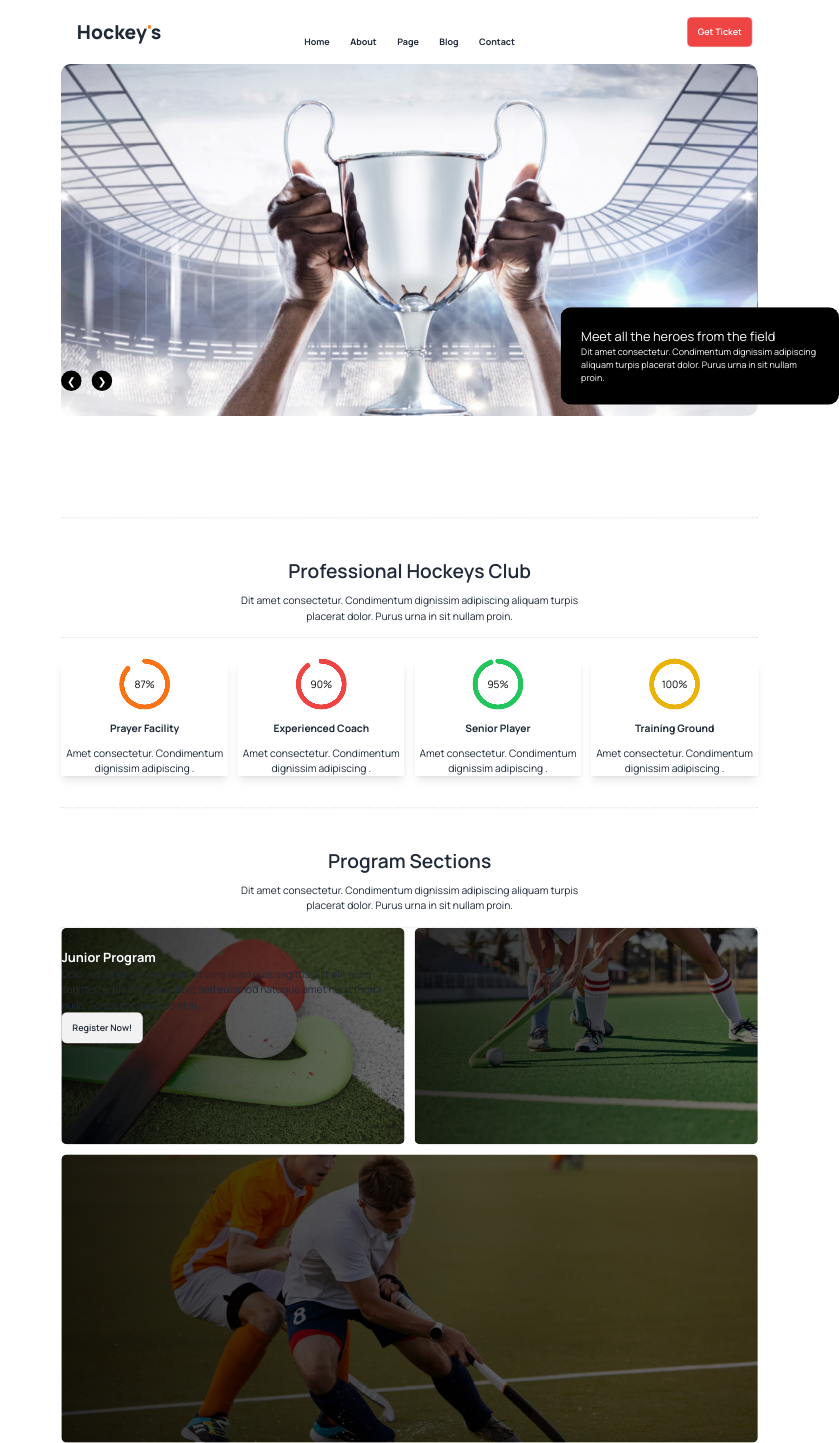
Repository: RudrasahaDibos/Hockey-
Page: index.html
An editor plug-in stored every save of this project. The page is shown before and after a run of saves, followed by the edit.
The browser window is 1280 px wide. The page is 1311 px wide, so the pictures cover 1311 px, including what lies to the right of the window. The pictures show the whole page, at 64% of full size.
Some web libraries are served in a nearby version.

Above is the page before, as saved 2024-10-23 22:35:13.

### index.html
<!DOCTYPE html>
<html lang="en">
<head>
    <meta charset="UTF-8">
    <meta name="viewport" content="width=device-width, initial-scale=1.0">
    <title>Hockeys</title>
    <!-- Tailwinds css -->
    <link href="https://cdn.jsdelivr.net/npm/daisyui@4.12.13/dist/full.min.css" rel="stylesheet" type="text/css" />
    <script src="https://cdn.tailwindcss.com"></script>
    <!-- Font asome -->
    <link rel="stylesheet" href="https://cdnjs.cloudflare.com/ajax/libs/font-awesome/6.6.0/css/all.min.css" integrity="sha512-Kc323vGBEqzTmouAECnVceyQqyqdsSiqLQISBL29aUW4U/M7pSPA/gEUZQqv1cwx4OnYxTxve5UMg5GT6L4JJg==" crossorigin="anonymous" referrerpolicy="no-referrer" />
   <!-- tailwind custom css -->
   <script>
    tailwind.config = {
      theme: {
        extend: {
          colors: {
            clifford: '#da373d',
          }
        }
      }
    }
  </script>
  <!-- google Font  -->
  <link rel="preconnect" href="https://fonts.googleapis.com">
  <link rel="preconnect" href="https://fonts.gstatic.com" crossorigin>
  <link href="https://fonts.googleapis.com/css2?family=Manrope:wght@200..800&display=swap" rel="stylesheet">

  <style>
.manrope {
  font-family: "Manrope", serif;
}
  </style>

</head>
<body class="manrope">
    <!-- header section start here -->
       <header class="container mx-auto lg:px-24 px-8">
                 <!-- navber start here -->
                     <nav>
                        <div class="navbar bg-base-100">
                            <div class="navbar-start">
                              <div class="dropdown">
                                <div tabindex="0" role="button" class="  lg:hidden">
                                  <svg
                                    xmlns="http://www.w3.org/2000/svg"
                                    class="h-5 w-5"
                                    fill="none"
                                    viewBox="0 0 24 24"
                                    stroke="currentColor">
                                    <path
                                      stroke-linecap="round"
                                      stroke-linejoin="round"
                                      stroke-width="2"
                                      d="M4 6h16M4 12h8m-8 6h16" />
                                  </svg>
                                </div>
                                <ul
                                  tabindex="0"
                                  class="menu menu-sm dropdown-content bg-base-100 rounded-box z-[1] mt-3 w-52 p-2 shadow">

                                    <li><a>Home</a></li>
                                    <li><a>About</a></li>
                                    <li><a>Page</a></li>
                                    <li><a>Blog</a></li>
                                    <li><a>Contact</a></li>

                                </ul>
                              </div>

                              <a class=" ml-4  text-2xl lg:text-3xl font-extrabold ">Hockey<span class="text-orange-500">'</span>s</a>

                            </div>
                            <div class="navbar-center hidden lg:flex">
                              <ul class="menu menu-horizontal px-1 mt-8">
                                <li class="hover:text-orange-500 font-bold"><a>Home</a></li>
                                <li  class="hover:text-orange-500 font-bold"><a>About</a></li>
                                <li  class="hover:text-orange-500 font-bold"><a>Page</a></li>
                                <li  class="hover:text-orange-500 font-bold"><a>Blog</a></li>
                                <li  class="hover:text-orange-500 font-bold"><a>Contact</a></li>
                              </ul>
                            </div>
                            <div class="navbar-end  lg:ml-0 ml-20">

                              <a class="btn bg-red-500 text-white  ">Get Ticket</a>
                            </div>
                          </div>
                     </nav>
                 <!-- navber end here -->

                  <!-- banner start here -->
                     <div>
                      <div class="carousel w-full">
                        <div id="slide1" class="carousel-item relative w-full ">
                          <img
                            src="Images/1.png"
                            class="w-full lg:h-[550px] " />
                          <div class="absolute lg:left-0 lg:right-0 lg:top-[90%] left-[90px] top-[80%] flex -translate-y-1/2 transform gap-4">
                            <div class=" h-8 w-8 rounded-full bg-black text-white flex justify-center items-center ">
                              <a href="#slide4" class="lg:btn lg:btn-circle">❮</a>
                            </div>
                            <div class="h-8 w-8 rounded-full bg-black text-white flex justify-center items-center">
                              <a href="#slide2" class="lg:btn lg:btn-circle ">❯</a>
                            </div>
                          </div>
                        </div>
                        <div id="slide2" class="carousel-item relative w-full">
                          <img
                            src="Images/2.png"
                            class="w-full lg:h-[550px]" />
                            <div class="absolute lg:left-0 lg:right-0 lg:top-[90%] left-[90px] top-[80%] flex -translate-y-1/2 transform gap-4">
                              <div class=" h-8 w-8 rounded-full bg-black text-white flex justify-center items-center ">
                                <a href="#slide1" class="lg:btn lg:btn-circle">❮</a>
                              </div>
                              <div class="h-8 w-8 rounded-full bg-black text-white flex justify-center items-center">
                                <a href="#slide3" class="lg:btn lg:btn-circle ">❯</a>
                              </div>
                            </div>
                        </div>
                        <div id="slide3" class="carousel-item relative w-full">
                          <img
                            src="Images/3.png"
                            class="w-full lg:h-[550px]" />
                            <div class="absolute lg:left-0 lg:right-0 lg:top-[90%] left-[90px] top-[80%] flex -translate-y-1/2 transform gap-4">
                              <div class=" h-8 w-8 rounded-full bg-black text-white flex justify-center items-center ">
                                <a href="#slide2" class="lg:btn lg:btn-circle">❮</a>
                              </div>
                              <div class="h-8 w-8 rounded-full bg-black text-white flex justify-center items-center">
                                <a href="#slide4" class="lg:btn lg:btn-circle ">❯</a>
                              </div>
                            </div>
                        </div>
                        <div id="slide4" class="carousel-item relative w-full">
                          <img
                            src="Images/4.png"
                            class="w-full lg:h-[550px]" />
                            <div class="absolute lg:left-0 lg:right-0 lg:top-[90%] left-[90px] top-[80%] flex -translate-y-1/2 transform gap-4">
                              <div class=" h-8 w-8 rounded-full bg-black text-white flex justify-center items-center ">
                                <a href="#slide3" class="lg:btn lg:btn-circle">❮</a>
                              </div>
                              <div class="h-8 w-8 rounded-full bg-black text-white flex justify-center items-center">
                                <a href="#slide1" class="lg:btn lg:btn-circle ">❯</a>
                              </div>
                            </div>
                        </div>
                      </div>

                        <!-- meet all hero  -->
                        <div class=" card bg-black  p-2 lg:p-8  lg:w-2/5 lg:-translate-y-44 lg:left-[780px]">
                          <div class="">
                            <h2 class="lg:text-xl bold text-white">Meet all the heroes from the field</h2>
                            <p class="text-sm text-white">Dit amet consectetur. Condimentum dignissim adipiscing aliquam   turpis placerat dolor. Purus urna in sit nullam proin. </p>

                          </div>
                        </div>
                      <!-- meet hero ebds -->


                     </div>


                   <!-- banner end here -->
       </header>
       <!-- Header section End here -->

       <!-- Main secetion start here  -->
        <main>
                      <!-- Professional Hockeys Club start here -->
                         <section class=" container mx-auto lg:px-24 px-8 lg:mt-0  mt-5  ">
                                 <div class="text-center space-y-4 border-dotted border-t-2 border-b-2  border-separate h-[189px] lg:pt-16">
                                     <h1 class=" text-xl lg:text-3xl font-semibold">Professional Hockeys Club</h1>
                                     <p class="lg:w-[50%] lg:mx-auto">Dit amet consectetur. Condimentum dignissim adipiscing aliquam turpis placerat dolor. Purus urna in sit nullam proin. </p>
                                 </div>
                                  <div class="mt-8">
                                        <div class="grid grid-cols-1 md:gird-cols-2 lg:grid-cols-4 gap-4 ">
                                                <div class=" h-50 shadow-lg space-y-4 flex flex-col justify-center items-center">
                                                  <div class="radial-progress text-orange-500  " style="--value:87;" role="progressbar"><span class="text-black"> 87%</span></div>
                                                    <h3 class="font-bold">Prayer Facility</h3>
                                                    <p class="text-center">Amet consectetur. Condimentum dignissim adipiscing .</p>
                                                </div>
                                                <div class=" h-50 shadow-lg space-y-4 flex flex-col justify-center items-center">
                                                  <div class="radial-progress text-red-500  " style="--value:90;" role="progressbar"><span class="text-black"> 90%</span></div>
                                                    <h3 class="font-bold">Experienced Coach</h3>
                                                    <p class="text-center">Amet consectetur. Condimentum dignissim adipiscing .</p>
                                                </div>
                                                <div class=" h-50  shadow-lg space-y-4 flex flex-col justify-center items-center">
                                                  <div class="radial-progress text-green-500  " style="--value:95;" role="progressbar"><span class="text-black"> 95%</span></div>
                                                    <h3 class="font-bold">Senior Player</h3>
                                                    <p class="text-center">Amet consectetur. Condimentum dignissim adipiscing .</p>
                                                </div>
                                                <div class=" h-50 shadow-lg space-y-4 flex flex-col justify-center items-center">
                                                  <div class="radial-progress text-yellow-500  " style="--value:100;" role="progressbar"><span class="text-black"> 100%</span></div>
                                                    <h3 class="font-bold">Training Ground</h3>
                                                    <p class="text-center">Amet consectetur. Condimentum dignissim adipiscing .</p>
                                                </div>
                                        </div>
                                  </div>

                         </section>
                       <!-- Professional Hockeys Club end here -->


                       <!-- Program Sections start here -->
                            <section class="container mx-auto lg:px-24 px-8 mt-12 ">
                              <div class="text-center space-y-4 border-dotted border-t-2 border-b-2  border-separate h-[189px] lg:pt-16">
                                <h1 class=" text-xl lg:text-3xl font-semibold">Program Sections</h1>
                                <p class="lg:w-[50%] lg:mx-auto">Dit amet consectetur. Condimentum dignissim adipiscing aliquam turpis placerat dolor. Purus urna in sit nullam proin. </p>
                            </div>
                               <div>
                                <div class="grid  grid-cols-1 lg:grid-cols-2 gap-4">

                                  <div class=" relative bg-no-repeat rounded-lg  bg-center bg-cover  w-full bg-[linear-gradient(90deg,rgb(0,0,0,0.8),rgb(0,0,0,0.5)),url(./images/2.png)] h-[338px]">

                                   <div class="pt-8">
                                    <h2 class="text-white text-xl font-bold">Junior Program</h2>
                                    <p>Dolor sit amet consectetur. Ut urna diam quis sagittis. Elit elit
                                      enim sagittis turpis in magna. Id et sed euismod natoque amet nunc morbi nulla. Tortor congue sed et in.</p>
                                     <button class="btn ">Register Now!</button>
                                   </div>
                                 </div>

                                  <div class="relative  bg-no-repeat rounded-lg  bg-center bg-cover  w-full bg-[linear-gradient(90deg,rgb(0,0,0,0.8),rgb(0,0,0,0.5)),url(./images/3.png)]  h-[338px]">

                                  </div>
                                  <div class=" lg:col-span-2 relative  rounded-lg  bg-center bg-cover w-full bg-[linear-gradient(90deg,rgb(0,0,0,0.8),rgb(0,0,0,0.5)),url(./images/4.png)] h-[450px]">

                                  </div>
                                </div>
                               </div>
                            </section>

                       <!-- Program Sections end here -->
        </main>
        <!-- main section end here -->

</body>
</html>

After the next 2 saves:
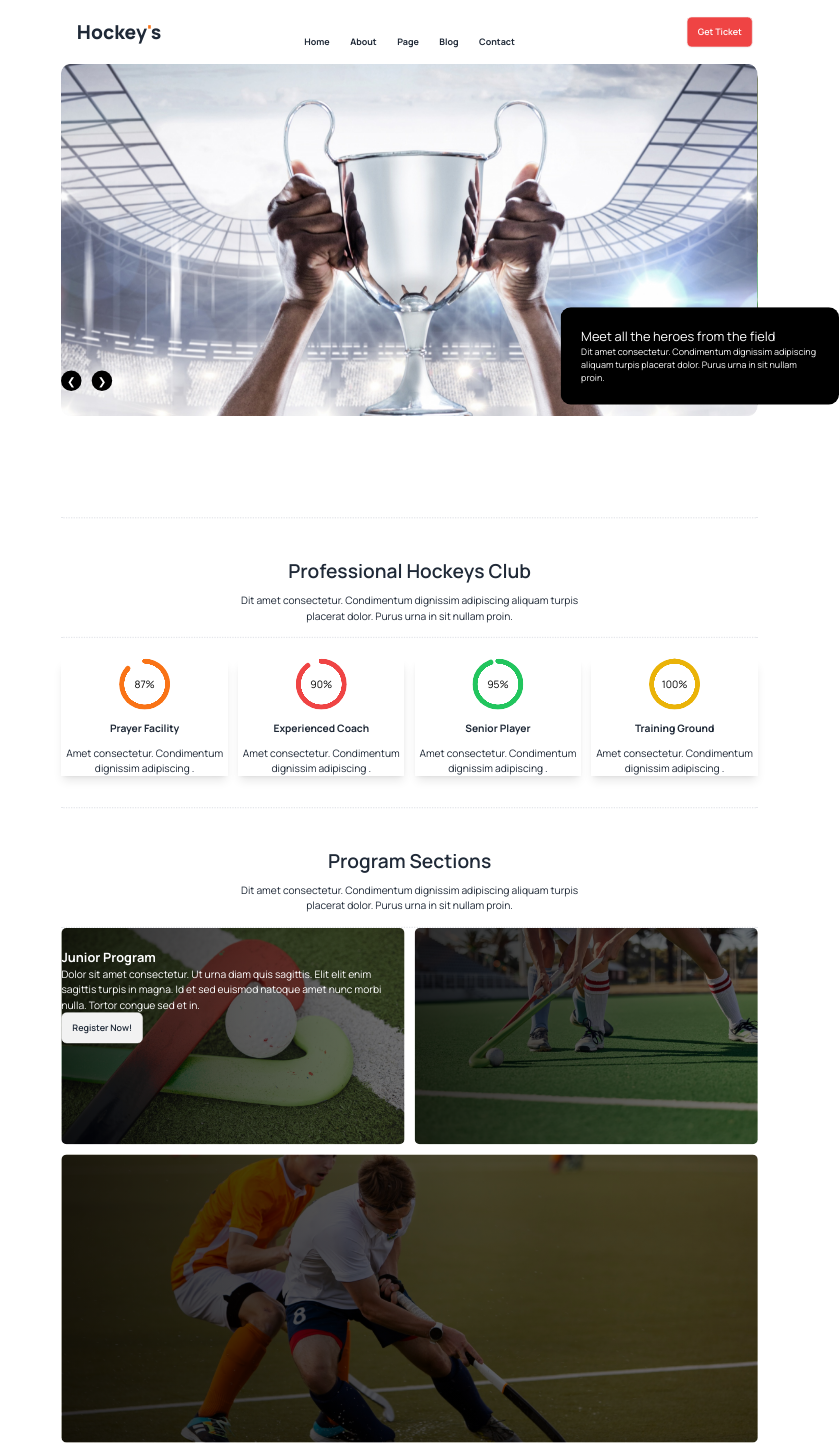
The 2 saves are shown as one change because they came seconds apart.
The last was saved 13 s later.
--- a/index.html
+++ b/index.html
@@ -213,7 +213,7 @@
 
                                    <div class="pt-8">
                                     <h2 class="text-white text-xl font-bold">Junior Program</h2>
-                                    <p>Dolor sit amet consectetur. Ut urna diam quis sagittis. Elit elit
+                                    <p class="text-white">Dolor sit amet consectetur. Ut urna diam quis sagittis. Elit elit
                                       enim sagittis turpis in magna. Id et sed euismod natoque amet nunc morbi nulla. Tortor congue sed et in.</p>
                                      <button class="btn ">Register Now!</button>
                                    </div>
